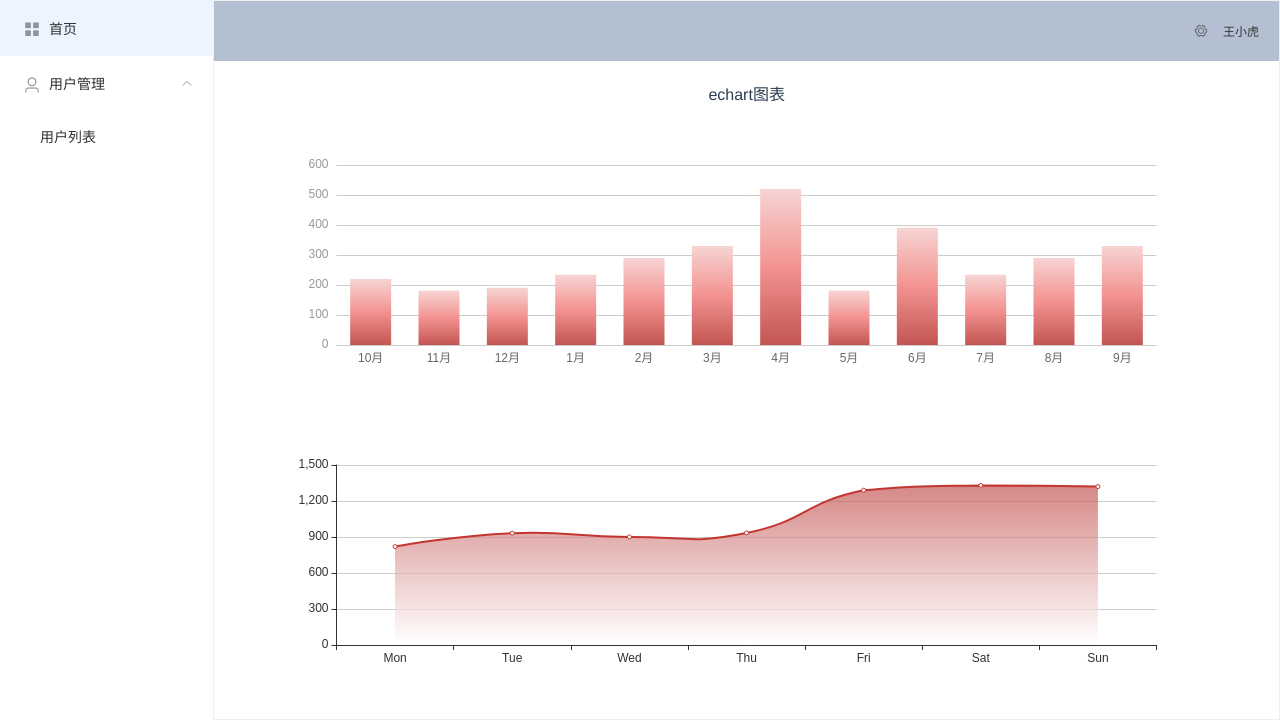
Repository: cmw520520/admin_vue
Page: /#/example/echart
An editor plug-in stored every save of this project. The page is shown before and after the next save, followed by the edit.
The browser window is 1280 px wide. The pictures show the whole page.
The project was rebuilt for these pictures with package versions that can differ from the ones it lists, and the page was loaded fresh each time. Also part of the build but not shown: src/page/home/Home.vue, src/page/user/UserList.vue.

Above is the page before, as saved 2019-07-01 15:03:28.

After the next save:
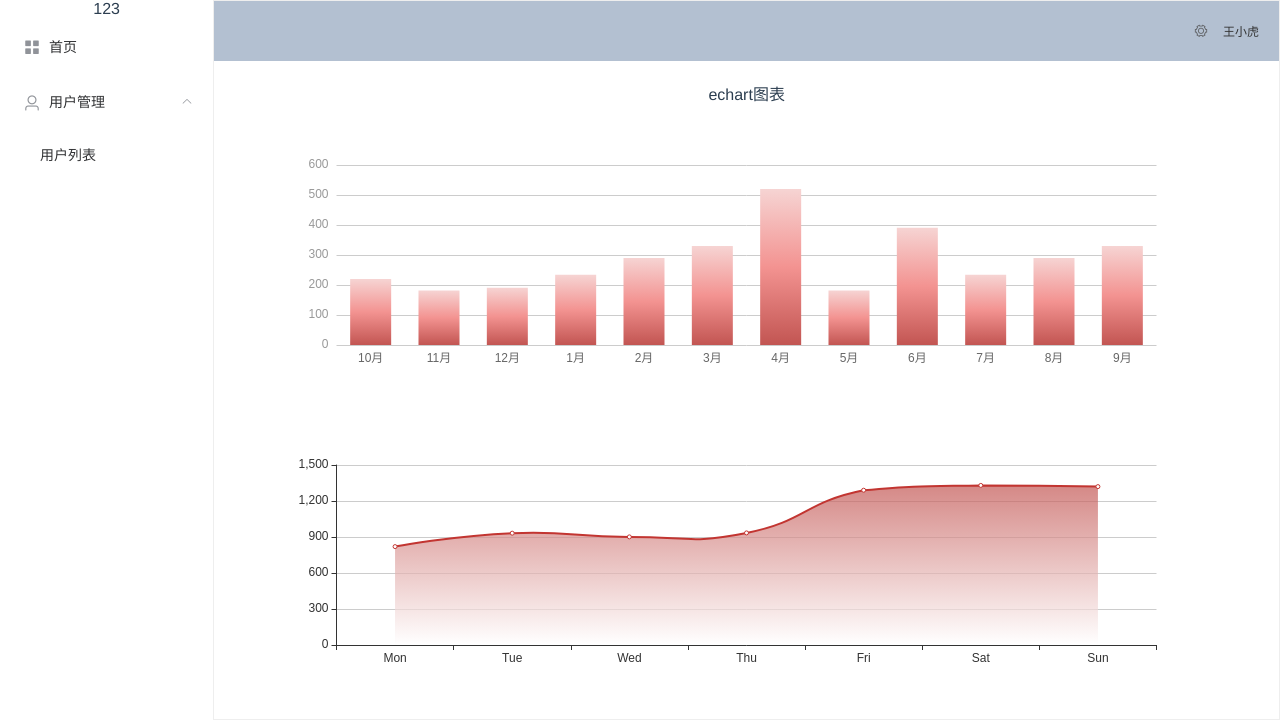
Saved 96 s later.
--- a/src/page/Manage.vue
+++ b/src/page/Manage.vue
@@ -1,7 +1,12 @@
 <template>
   <el-container style="height: 100%;">
     <el-col :span="4" style="background-color: #ffffff;overflow:hidden;">
-      <el-slider></el-slider>
+      <el-col>
+        <div class="logo">123</div>
+      </el-col>
+      <el-col>
+        <el-slider></el-slider>
+      </el-col>
     </el-col>
 
     <el-col :span="20" style="border: 1px solid #eee;overflow: auto;overflow-scrolling: touch;">
